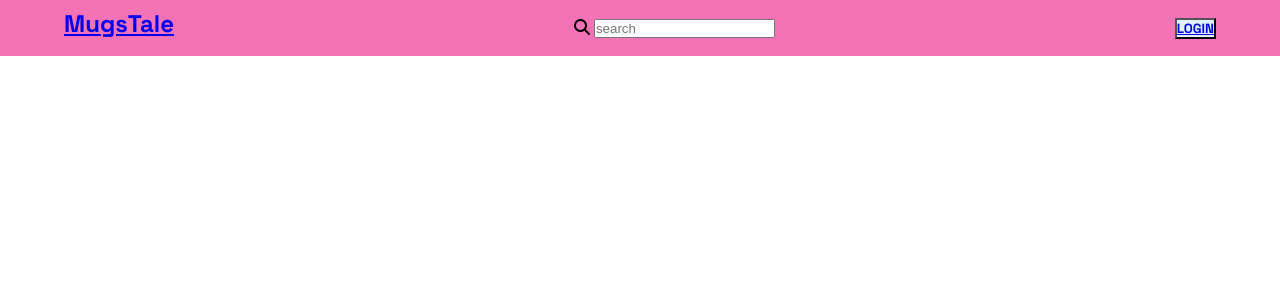
Repository: Anasooya2601/ecom
Page: home.html
These files come from the project's save history. The page is drawn as it stood at one moment and after the next save; the edit follows.
The browser window is 1280 px wide. The pictures show the whole page.
Some web libraries are served in a nearby version.

Above is the page before, as saved 2022-02-20 02:02:51.

After the next save:
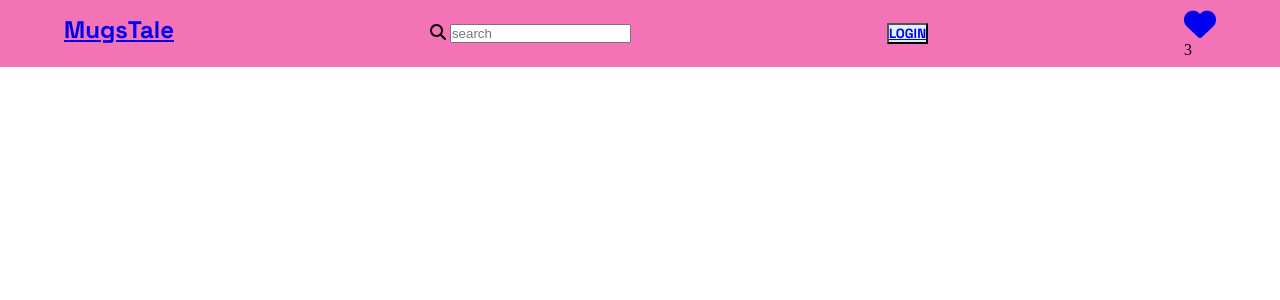
Saved 2 min 11 s later.
--- a/home.html
+++ b/home.html
@@ -22,6 +22,13 @@
         <div class="login">
             <button class="btn btn-primary"><a href="./Pages/LogIn/login.html">LOGIN</a></button>
         </div>
+
+        <div class="wishlist">
+            <a href="./Pages/wishlist/wishlist.html"><i class="fas fa-heart fa-2x"></i></a>
+            <div class="notification notification-badge">
+                <span>3</span>
+            </div>
+        </div>
     </div>
 </body>
 </html>
